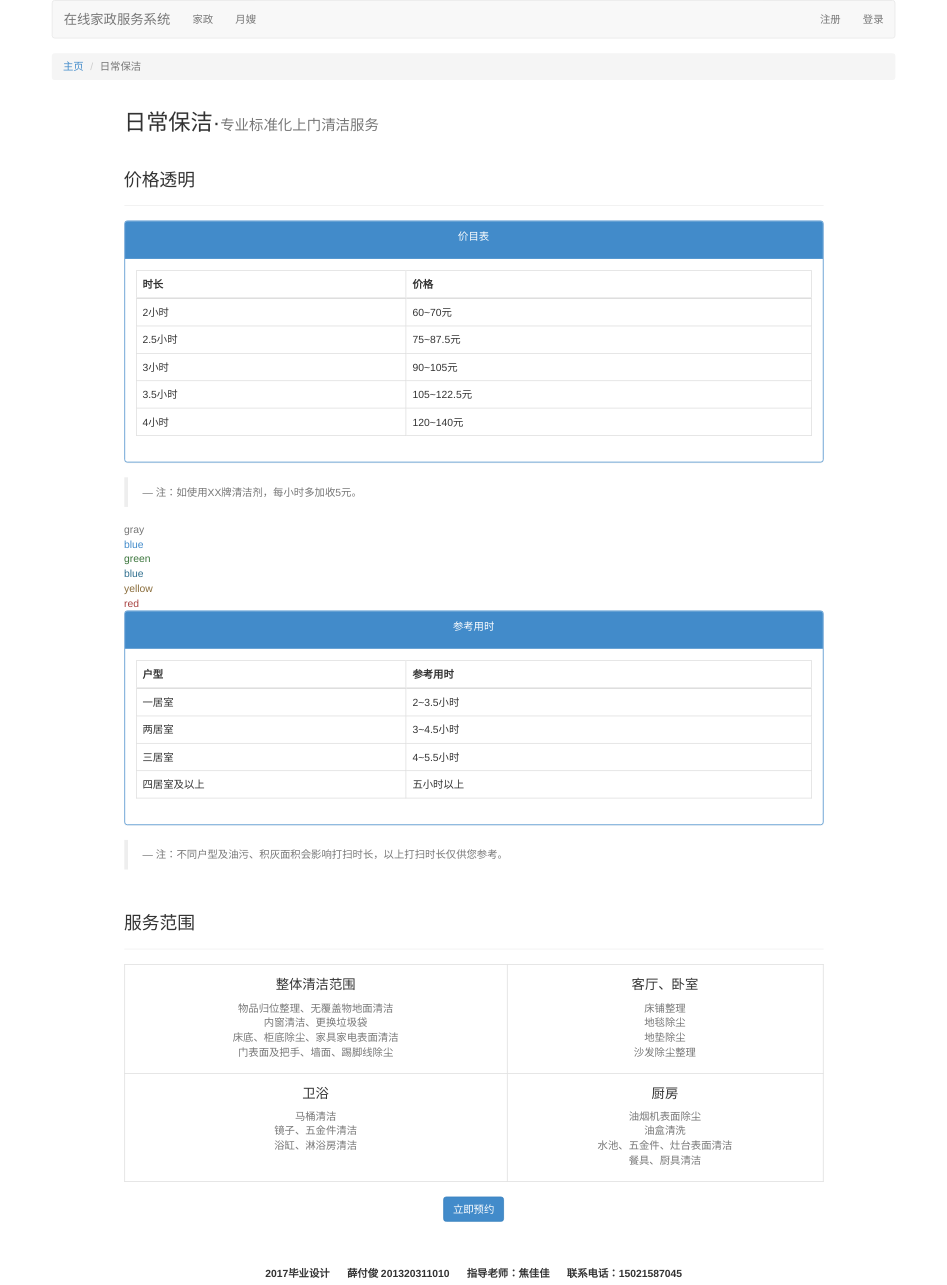
Repository: ELeonCXFJ/MyEclipseWS
Page: http://localhost/MyWeb/jsps/product/keeper/dailywork.jsp
An editor plug-in stored every save of this project. The page is shown before and after a run of saves, followed by the edit.
The browser window is 1280 px wide. The pictures show the whole page, at 74% of full size.
The page is served by Tomcat 9. Nobody is signed in. The application's start-up code is not run.

Above is the page before, as saved 2017-03-22 10:42:20.

After the next 2 saves:
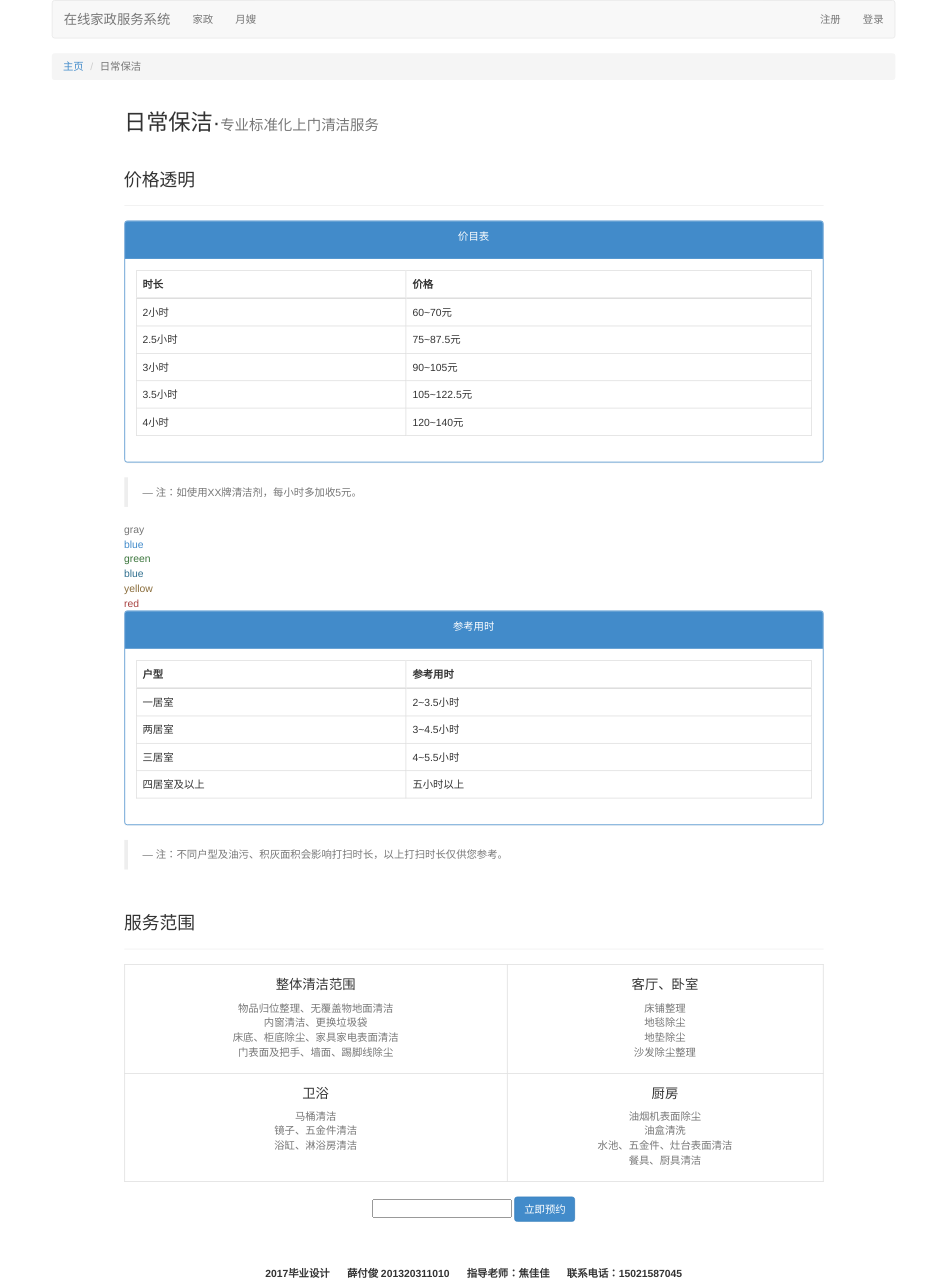
The 2 saves are shown as one change because they came seconds apart.
The last was saved 40 s later.
--- a/MyWeb/WebRoot/jsps/product/keeper/dailywork.jsp
+++ b/MyWeb/WebRoot/jsps/product/keeper/dailywork.jsp
@@ -148,6 +148,7 @@
 		</table>
 		<div align="center">
 			<form method="post" action="<c:url value='/OrderServlet'/>">
+				<input />
 				<button type="submit" class="btn btn-primary"  >立即预约</button>
 			</form>
 		</div>
